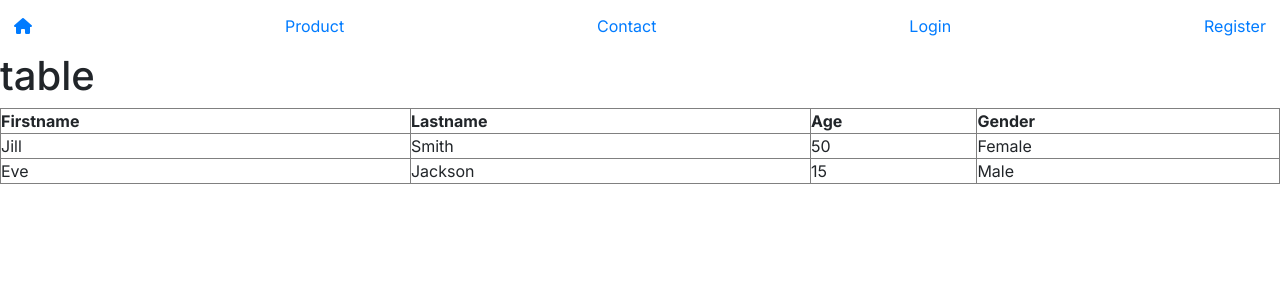
Repository: bao2222/hoc-lam-web
Page: About-me.html
These files come from the project's save history. The page is drawn as it stood at one moment and after the next save; the edit follows.
The browser window is 1280 px wide. The pictures show the whole page.
Some web fonts or font styles are not loaded; a fallback is used.

Above is the page before, as saved 2025-01-23 17:51:37.

### About-me.html
<!DOCTYPE html>
<html lang="en">
    <head>
        <title>About me</title>
        <meta charset="UTF-8">
        <link rel="name" href="welcome.html" type="text/html">
        <link rel="name" href="login.html" type="text/html">
        <link rel="name" href="logout.html" type="text/html">
        <link rel="stylesheet" href="style.css" type="text/css">
        <script src="project.js"></script>
        <link rel="stylesheet" href="https://cdnjs.cloudflare.com/ajax/libs/font-awesome/6.7.2/css/all.min.css" integrity="sha512-Evv84Mr4kqVGRNSgIGL/F/aIDqQb7xQ2vcrdIwxfjThSH8CSR7PBEakCr51Ck+w+/U6swU2Im1vVX0SVk9ABhg==" crossorigin="anonymous" referrerpolicy="no-referrer" />
        <link rel="stylesheet" href="https://maxcdn.bootstrapcdn.com/bootstrap/4.5.2/css/bootstrap.min.css">
        <script src="https://ajax.googleapis.com/ajax/libs/jquery/3.5.1/jquery.min.js"></script>
        <script src="https://cdnjs.cloudflare.com/ajax/libs/popper.js/1.16.0/umd/popper.min.js"></script>
        <script src="https://maxcdn.bootstrapcdn.com/bootstrap/4.5.2/js/bootstrap.min.js"></script>
        <link rel="preconnect" href="https://fonts.googleapis.com">
        <link rel="preconnect" href="https://fonts.gstatic.com" crossorigin>
        <link href="https://fonts.googleapis.com/css2?family=Inter+Tight:ital,wght@0,100..900;1,100..900&family=Inter:ital,opsz,wght@0,14..32,100..900;1,14..32,100..900&display=swap" rel="stylesheet">



    </head>

    <body>
        <header>
            <div>
                <div class="b-menu">
                    <a href="home.html">
                        <i class="fa-solid fa-house"></i>
                    </a>
                    <a href="b2.html">Product</a>
                    <a href="b3.html">Contact</a>
                    <a href="login.html">Login</a>
                    <a href="logout.html">Register</a>

                </div>

            </div>


        </header>
        <main>
            <h1>table</h1>
            <table style="width:100%" border>
                <tr>
                    <th>Firstname</th>
                    <th>Lastname</th>
                    <th>Age</th>
                    <th>Gender</th>
                </tr>
                <tr>
                    <td>Jill</td>
                    <td>Smith</td>
                    <td>50</td>
                    <td>Female</td>
                </tr>
                <tr>
                    <td>Eve</td>
                    <td>Jackson</td>
                    <td>15</td>
                    <td>Male</td>
                </tr>

            </table>


        </main>


        <footer></footer>



    </body>
</html>

### style.css
*{
    box-sizing: border-box;
    margin: 0;
    padding: 0;
    font-family: 'Inter', sans-serif;
}
.google-header{
    font-family: 'Poppins', sans-serif;
}
header{
    display: flex;
    justify-content: space-between;
    padding: 14px;
    gap: 14px;
}
.b-menu{
    display:flex;
    justify-content: space-between;
    align-items: center ;
    gap: 14;
}
.1{
    width: 100%;
}

Loaded but not shown: project.js (no stored copy; drawn as an empty file)

After the next save:
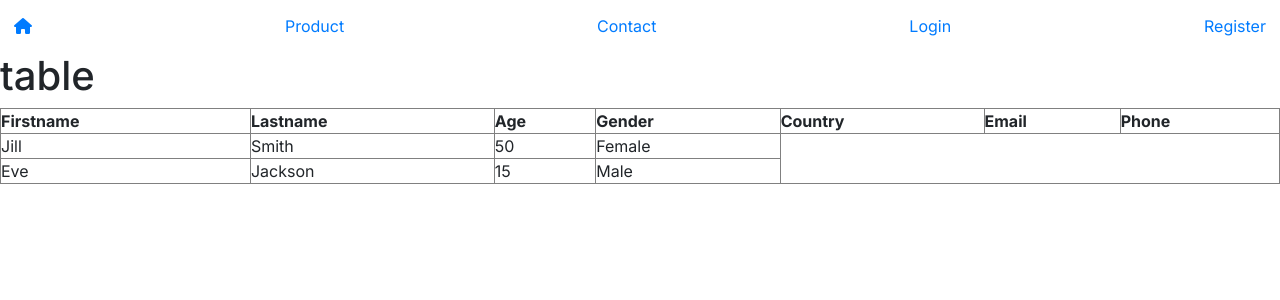
Saved 81 s later.
--- a/About-me.html
+++ b/About-me.html
@@ -47,6 +47,9 @@
                     <th>Lastname</th>
                     <th>Age</th>
                     <th>Gender</th>
+                    <th>Country</th>
+                    <th>Email</th>
+                    <th>Phone</th>
                 </tr>
                 <tr>
                     <td>Jill</td>
